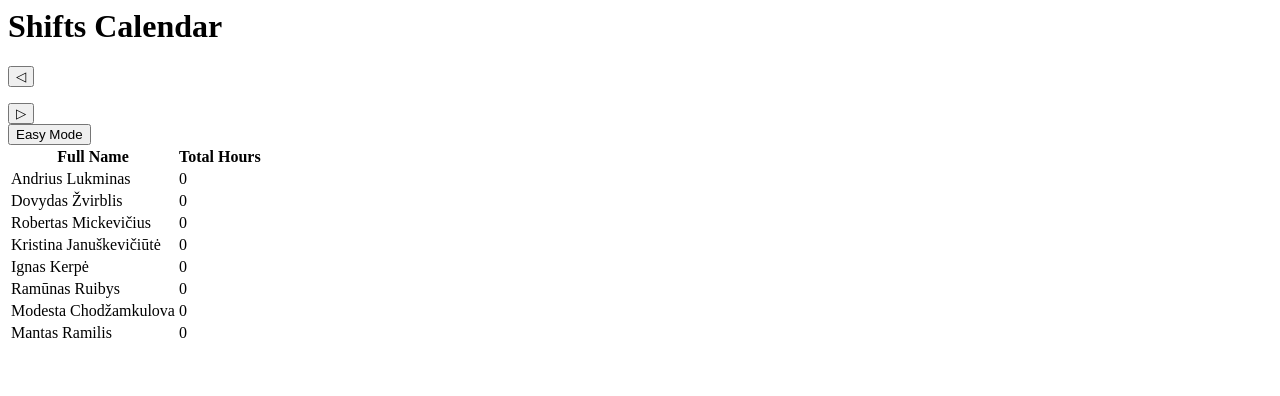
Repository: Daigtas/Shiftman
Page: partials/shifts_calendar.html
These files come from the project's save history. The page is drawn as it stood at one moment and after the next save; the edit follows.
The browser window is 1280 px wide. The pictures show the whole page.

Above is the page before, as saved 2025-02-03 23:03:37.
Console error: ReferenceError: $ is not defined

After the next save:
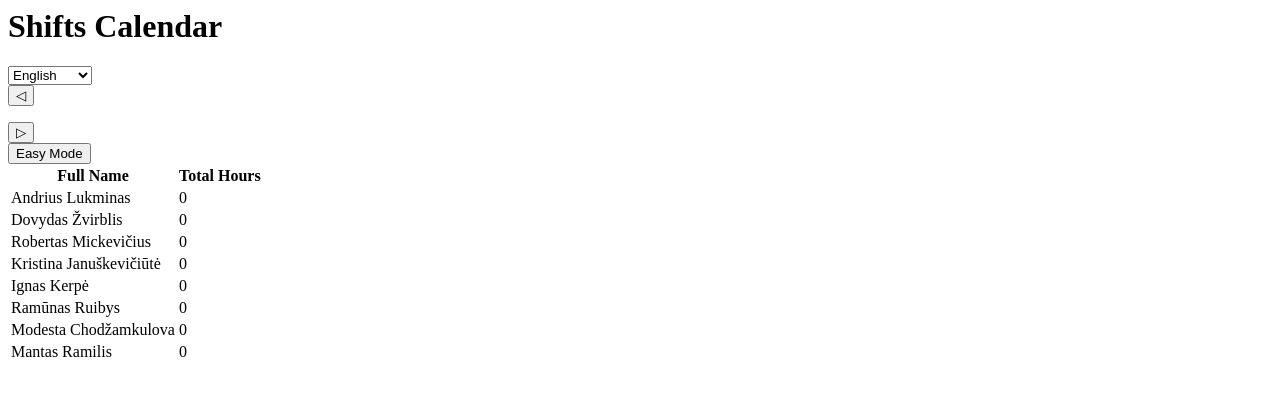
Saved 7 min 35 s later.
--- a/partials/shifts_calendar.html
+++ b/partials/shifts_calendar.html
@@ -1,7 +1,12 @@
-<h1>Shifts Calendar</h1>
+<h1 id="shiftsCalendarTitle">Shifts Calendar</h1>
 <div class="container-fluid">
     <div class="btn-toolbar mb-3" role="toolbar">
-
+        <div class="btn-group mr-2">
+            <select id="languageSelect" class="form-select form-select-sm">
+                <option value="EN">English</option>
+                <option value="LT">Lithuanian</option>
+            </select>
+        </div>
         <button type="button" class="btn btn-outline-primary btn-sm mr-4" id="prevMonth">&#9665;</button>
         <p id="monthName" class="text-center mb-4"></p>
         <p id="currentMonthYear" class="text-center mb-4"></p>
@@ -11,14 +16,12 @@
         <button type="button" class="btn btn-secondary" id="easyModeButton">Easy Mode</button>
     </div>
 
-
     <div class="table-responsive position-relative">
-
         <!-- Table will be dynamically generated -->
         <table id="calendar" class="table table-bordered table-striped">
             <thead>
                 <tr>
-                    <th>Full Name</th>
+                    <th id="fullNameHeader">Full Name</th>
                     <!-- Day headers will be dynamically generated -->
                     <th id="totalHoursHeader">Total Hours</th>
                 </tr>
--- a/js/shifts_calendar.js
+++ b/js/shifts_calendar.js
@@ -1,6 +1,8 @@
 $(document).ready(function () {
     // Constants
     let currentYear, currentMonth, easyModeActive = false;
+    let lang = localStorage.getItem('LANG') || 'EN';
+    let translations = {};
 
     // Define color groups
     const colorGroups = {
@@ -15,7 +17,7 @@ $(document).ready(function () {
     };
 
     function updateMonthYearText() {
-        const monthNames = ["January", "February", "March", "April", "May", "June", "July", "August", "September", "October", "November", "December"];
+        const monthNames = translations.monthNames;
         $('#monthName').text(`${monthNames[currentMonth]} ${currentYear}`);
     }
 
@@ -31,12 +33,12 @@ $(document).ready(function () {
         table.html(`
             <thead>
                 <tr>
-                    <th>Employee</th>
+                    <th id="fullNameHeader">${translations.fullName}</th>
                     ${Array.from({ length: daysInMonth }, (_, i) => {
                         const day = new Date(currentYear, currentMonth, i + 1).getDay();
                         return `<th class="${day === 0 || day === 6 ? 'weekend' : ''}">${i + 1}</th>`;
                     }).join('')}
-                    <th id="totalHoursHeader">Total Hours</th>
+                    <th id="totalHoursHeader">${translations.totalHours}</th>
                 </tr>
             </thead>
             <tbody>
@@ -174,11 +176,11 @@ $(document).ready(function () {
         console.log('Data saved to LocalStorage:', data);
 
         // Show success message
-        showSuccessMessage('Data saved successfully.');
+        showSuccessMessage(translations.dataSaved);
 
         // Hide save button
         $('#saveButton').remove();
-        $('#easyModeButton').text('Easy Mode');
+        $('#easyModeButton').text(translations.easyMode);
     }
 
     // Load data from LocalStorage
@@ -249,33 +251,57 @@ $(document).ready(function () {
         loadData();
     });
 
-
+    // Load translations
+    async function loadTranslations(lang) {
+        const response = await fetch(`lang/${lang}.lang.json`);
+        translations = await response.json();
+        updateText();
+    }
+
+    // Update text based on translations
+    function updateText() {
+        $('#shiftsCalendarTitle').text(translations.shiftsCalendarTitle);
+        $('#easyModeButton').text(translations.easyMode);
+        $('#prevMonth').text(translations.prevMonth);
+        $('#nextMonth').text(translations.nextMonth);
+        $('#fullNameHeader').text(translations.fullName);
+        $('#totalHoursHeader').text(translations.totalHours);
+    }
+
+    // Handle language selection
+    $('#languageSelect').val(lang).on('change', function () {
+        lang = $(this).val();
+        localStorage.setItem('LANG', lang);
+        loadTranslations(lang);
+    });
+
+    // Initial setup
+    const now = new Date();
+    currentYear = now.getFullYear();
+    currentMonth = now.getMonth();
+    loadTranslations(lang).then(() => {
+        initializeShiftsCalendar();
+        loadData();
+    });
 
     // Easy Mode toggle
-    // Revised Easy Mode toggle handler
     $('#easyModeButton').off('click').on('click', function () {
         easyModeActive = !easyModeActive;
         $(this)
             .toggleClass('btn-primary btn-success', easyModeActive)
             .html(easyModeActive
-                ? '<i class="fas fa-check-circle"></i> Easy Mode Active'
-                : '<i class="fas fa-edit"></i> Enable Easy Mode');
+                ? '<i class="fas fa-check-circle"></i> ' + translations.easyModeActive
+                : '<i class="fas fa-edit"></i> ' + translations.enableEasyMode);
 
         // Show/hide save button
         if (easyModeActive && !$('#saveButton').length) {
             $('<button/>', {
                 id: 'saveButton',
                 class: 'btn btn-danger ml-2',
-                html: '<i class="fas fa-save"></i> Save Changes'
+                html: '<i class="fas fa-save"></i> ' + translations.saveChanges
             }).insertAfter(this).click(saveData);
         } else {
             $('#saveButton').remove();
         }
     });
-    // Initial setup
-    const now = new Date();
-    currentYear = now.getFullYear();
-    currentMonth = now.getMonth();
-    initializeShiftsCalendar();
-    loadData();
 });

After the save that followed:
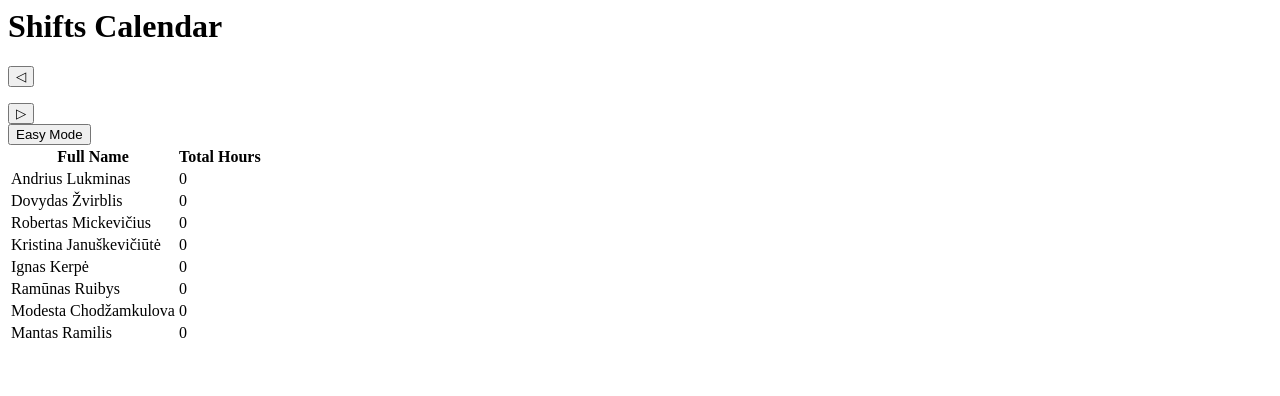
Saved 69 s later.
--- a/partials/shifts_calendar.html
+++ b/partials/shifts_calendar.html
@@ -1,12 +1,7 @@
 <h1 id="shiftsCalendarTitle">Shifts Calendar</h1>
 <div class="container-fluid">
     <div class="btn-toolbar mb-3" role="toolbar">
-        <div class="btn-group mr-2">
-            <select id="languageSelect" class="form-select form-select-sm">
-                <option value="EN">English</option>
-                <option value="LT">Lithuanian</option>
-            </select>
-        </div>
+
         <button type="button" class="btn btn-outline-primary btn-sm mr-4" id="prevMonth">&#9665;</button>
         <p id="monthName" class="text-center mb-4"></p>
         <p id="currentMonthYear" class="text-center mb-4"></p>
